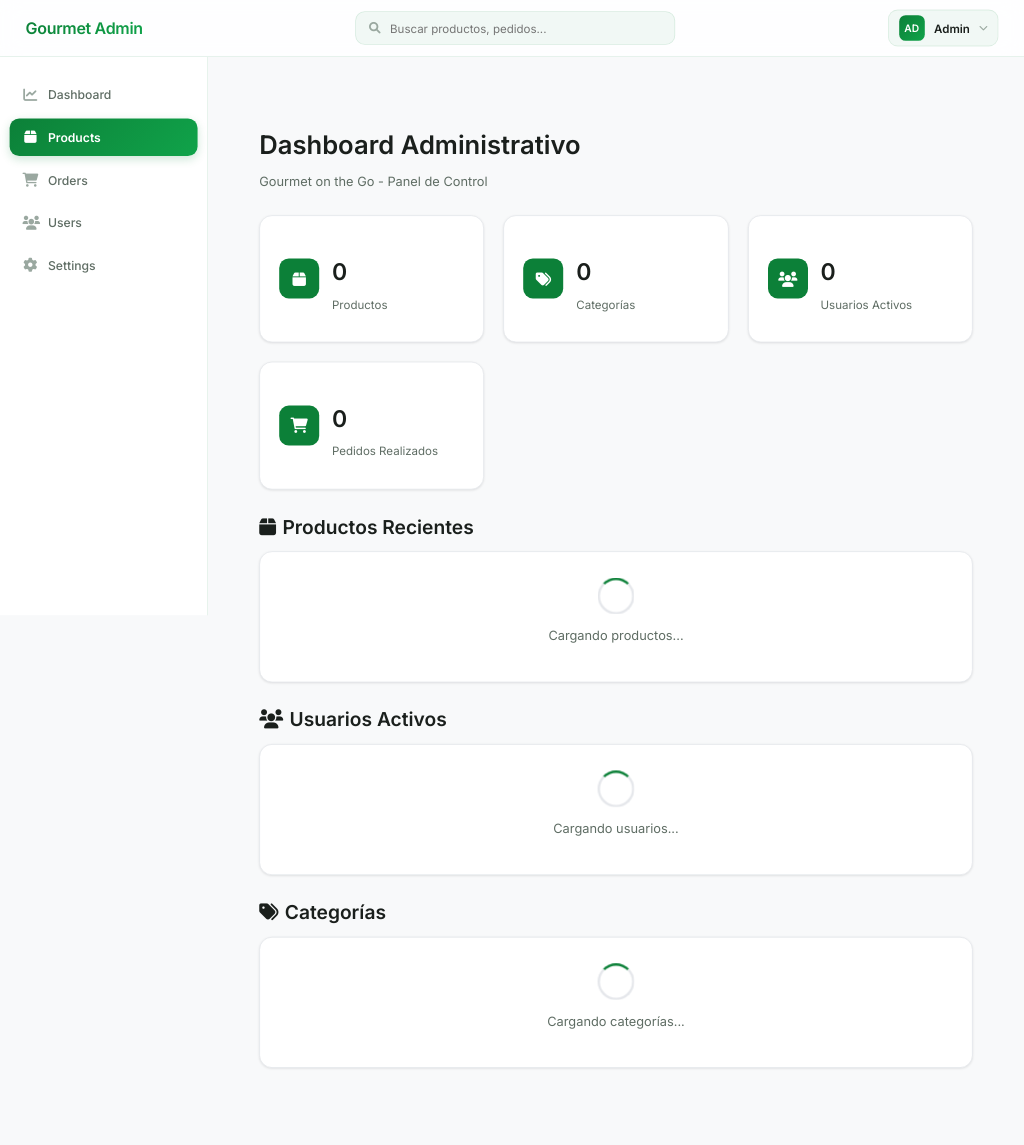
Repository: Kevingedev/Gourmet-on-the-Go
Page: admin/app/dashboard/index.html
The author's editor kept a copy of each file at every save. The page is drawn from the files as they stood at one save, then again after the next save.
The browser window is 1280 px wide. The pictures show the whole page, at 80% of full size.

Above is the page before, as saved 2026-01-14 09:57:03.

### admin/app/dashboard/index.html
<!DOCTYPE html>
<html lang="en">

<head>
    <meta charset="UTF-8">
    <meta name="viewport" content="width=device-width, initial-scale=1.0">
    <title>Admin | Dashboard</title>
    <!-- Fonts and Icons -->
    <link href="https://fonts.googleapis.com/css2?family=Inter:wght@400;500;600&display=swap" rel="stylesheet">
    <link rel="stylesheet" href="https://cdnjs.cloudflare.com/ajax/libs/font-awesome/6.0.0/css/all.min.css">
    <!-- Assets -->
    <link rel="stylesheet" href="../../assets/header.css">
    <link rel="stylesheet" href="../../assets/sidebar.css">
    <style>
        body {
            background: #f8f9fa;
            margin: 0;
            padding: 0;
            font-family: 'Inter', sans-serif;
        }

        .dashboard-section {
            padding: 2rem;
            background: transparent;
        }

        .dashboard-section h1 {
            color: #1a1f1c;
            font-size: 2rem;
            font-weight: 600;
            margin-bottom: 0.5rem;
        }

        .dashboard-subtitle {
            color: #5f6d64;
            font-size: 1rem;
            margin-bottom: 2rem;
        }

        /* Stats Grid */
        .stats-grid {
            display: grid;
            grid-template-columns: repeat(auto-fit, minmax(250px, 1fr));
            gap: 1.5rem;
            margin-bottom: 2rem;
        }

        .stat-card {
            background: white;
            border: 1px solid #e5e7eb;
            border-radius: 1rem;
            padding: 1.5rem;
            transition: all 0.3s ease;
            box-shadow: 0 1px 3px rgba(0, 0, 0, 0.1);
        }

        .stat-card:hover {
            box-shadow: 0 4px 12px rgba(0, 0, 0, 0.15);
            transform: translateY(-2px);
        }

        .stat-body {
            display: flex;
            align-items: center;
            gap: 1rem;
        }

        .stat-icon {
            width: 50px;
            height: 50px;
            background: #0c8038;
            border-radius: 0.75rem;
            display: flex;
            align-items: center;
            justify-content: center;
            color: white;
            font-size: 1.2rem;
        }

        .stat-content h3 {
            color: #1a1f1c;
            font-size: 1.8rem;
            font-weight: 700;
            margin-bottom: 0.25rem;
        }

        .stat-content p {
            color: #5f6d64;
            font-size: 0.9rem;
        }

        /* Data Lists */
        .data-section {
            margin-bottom: 2rem;
        }

        .data-section h2 {
            color: #1a1f1c;
            font-size: 1.5rem;
            font-weight: 600;
            margin-bottom: 1rem;
            display: flex;
            align-items: center;
            gap: 0.5rem;
        }

        .data-list {
            background: white;
            border: 1px solid #e5e7eb;
            border-radius: 1rem;
            overflow: hidden;
            box-shadow: 0 1px 3px rgba(0, 0, 0, 0.1);
        }

        .data-item {
            background: white;
            border-bottom: 1px solid #e5e7eb;
            padding: 1rem 1.5rem;
            color: #1a1f1c;
            display: flex;
            justify-content: space-between;
            align-items: center;
            transition: all 0.3s ease;
        }

        .data-item:hover {
            background: #f8f9fa;
        }

        .data-item:last-child {
            border-bottom: none;
        }

        .data-item-info h3 {
            font-size: 1rem;
            font-weight: 600;
            margin-bottom: 0.25rem;
            color: #1a1f1c;
        }

        .data-item-info p {
            font-size: 0.85rem;
            color: #5f6d64;
        }

        .data-item-actions {
            display: flex;
            gap: 0.5rem;
        }

        .btn-action {
            background: #f8f9fa;
            border: 1px solid #e5e7eb;
            color: #1a1f1c;
            padding: 0.4rem 0.8rem;
            border-radius: 0.4rem;
            font-size: 0.8rem;
            cursor: pointer;
            transition: all 0.3s ease;
        }

        .btn-action:hover {
            background: #e5e7eb;
        }

        .btn-action.edit {
            background: #eff6ff;
            border-color: #3b82f6;
            color: #3b82f6;
        }

        .btn-action.edit:hover {
            background: #dbeafe;
        }

        .btn-action.delete {
            background: #fef2f2;
            border-color: #ef4444;
            color: #ef4444;
        }

        .btn-action.delete:hover {
            background: #fee2e2;
        }

        /* Loading and Error States */
        .loading {
            text-align: center;
            padding: 2rem;
            color: #5f6d64;
        }

        .spinner {
            width: 40px;
            height: 40px;
            border: 3px solid #e5e7eb;
            border-top: 3px solid #0c8038;
            border-radius: 50%;
            animation: spin 1s linear infinite;
            margin: 0 auto 1rem;
        }

        @keyframes spin {
            0% { transform: rotate(0deg); }
            100% { transform: rotate(360deg); }
        }

        .error {
            background: #fef2f2;
            border: 1px solid #fecaca;
            border-radius: 0.75rem;
            padding: 1.5rem;
            text-align: center;
            color: #dc2626;
        }

        .error.hidden {
            display: none;
        }

        .no-data {
            text-align: center;
            padding: 2rem;
            color: #5f6d64;
        }
    </style>
</head>

<body>
    <header id="header"></header>
    <aside id="sidebar"></aside>
    <main id="main">
        <section class="dashboard-section">
            <h1>Dashboard Administrativo</h1>
            <p class="dashboard-subtitle">Gourmet on the Go - Panel de Control</p>

            <div class="stats-grid">
                <!-- Products Card -->
                <div class="stat-card products">
                    <div class="stat-body">
                        <div class="stat-icon">
                            <i class="fas fa-box"></i>
                        </div>
                        <div class="stat-content">
                            <h3 id="products-count">0</h3>
                            <p>Productos</p>
                        </div>
                    </div>
                </div>

                <!-- Categories Card -->
                <div class="stat-card categories">
                    <div class="stat-body">
                        <div class="stat-icon">
                            <i class="fas fa-tags"></i>
                        </div>
                        <div class="stat-content">
                            <h3 id="categories-count">0</h3>
                            <p>Categorías</p>
                        </div>
                    </div>
                </div>

                <!-- Users Card -->
                <div class="stat-card users">
                    <div class="stat-body">
                        <div class="stat-icon">
                            <i class="fas fa-users"></i>
                        </div>
                        <div class="stat-content">
                            <h3 id="users-count">0</h3>
                            <p>Usuarios Activos</p>
                        </div>
                    </div>
                </div>

                <!-- Orders Card -->
                <div class="stat-card orders">
                    <div class="stat-body">
                        <div class="stat-icon">
                            <i class="fas fa-shopping-cart"></i>
                        </div>
                        <div class="stat-content">
                            <h3 id="orders-count">0</h3>
                            <p>Pedidos Realizados</p>
                        </div>
                    </div>
                </div>
            </div>

            <!-- Products List -->
            <div class="data-section">
                <h2><i class="fas fa-box"></i> Productos Recientes</h2>
                <div class="data-list" id="products-list">
                    <div class="loading">
                        <div class="spinner"></div>
                        <p>Cargando productos...</p>
                    </div>
                </div>
            </div>

            <!-- Users List -->
            <div class="data-section">
                <h2><i class="fas fa-users"></i> Usuarios Activos</h2>
                <div class="data-list" id="users-list">
                    <div class="loading">
                        <div class="spinner"></div>
                        <p>Cargando usuarios...</p>
                    </div>
                </div>
            </div>

            <!-- Categories List -->
            <div class="data-section">
                <h2><i class="fas fa-tags"></i> Categorías</h2>
                <div class="data-list" id="categories-list">
                    <div class="loading">
                        <div class="spinner"></div>
                        <p>Cargando categorías...</p>
                    </div>
                </div>
            </div>

            <!-- Error State -->
            <div id="error" class="error hidden">
                <i class="fas fa-exclamation-triangle"></i>
                <span>Error al cargar los datos. Por favor, verifica que el servidor esté corriendo.</span>
            </div>
        </section>
    </main>

    <!-- Components -->
    <script src="../../components/Header.js"></script>
    <script src="../../components/SideBar.js"></script>
    <script src="dashboard.js"></script>
</body>

</html>

### admin/assets/header.css
/* admin/assets/header.css */

/* Variables - Inspiradas en admin-two para un look premium */
:root {
    --admin-primary: #0c8038;
    --admin-primary-light: #10a34a;
    --admin-primary-50: rgba(12, 128, 56, 0.05);
    --admin-primary-100: rgba(12, 128, 56, 0.1);
    --admin-surface: #ffffff;
    --admin-text: #1a1f1c;
    --admin-text-secondary: #5f6d64;
    --admin-text-muted: #9aa8a0;
    --admin-border: rgba(12, 128, 56, 0.12);
    --header-height: 70px;
    --header-bg: rgba(255, 255, 255, 0.85);
    --admin-radius-md: 0.5rem;
    --admin-radius-lg: 0.75rem;
    --admin-shadow-sm: 0 2px 4px rgba(12, 128, 56, 0.06);
    --admin-shadow-md: 0 4px 12px rgba(12, 128, 56, 0.08);
}

header {
    background: var(--header-bg);
    backdrop-filter: blur(12px);
    -webkit-backdrop-filter: blur(12px);
    height: var(--header-height);
    display: flex;
    align-items: center;
    justify-content: space-between;
    padding: 0 2rem;
    color: var(--admin-text);
    border-bottom: 1px solid var(--admin-border);
    position: sticky;
    top: 0;
    z-index: 1000;
    transition: all 0.3s ease;
}

.header-logo {
    display: flex;
    align-items: center;
    gap: 0.75rem;
    font-size: 1.25rem;
    font-weight: 700;
    color: var(--admin-primary);
    transition: transform 0.3s ease;
    cursor: pointer;
}

.header-logo:hover {
    transform: translateY(-1px);
}

.header-logo i {
    font-size: 1.5rem;
    filter: drop-shadow(0 2px 4px rgba(12, 128, 56, 0.2));
}

.header-logo span {
    background: linear-gradient(135deg, var(--admin-primary) 0%, var(--admin-primary-light) 100%);
    -webkit-background-clip: text;
    background-clip: text;
    -webkit-text-fill-color: transparent;
    letter-spacing: -0.02em;
}

.header-nav {
    display: flex;
    gap: 1.5rem;
    align-items: center;
}

/* Search Bar Styles */
.header-search {
    flex: 1;
    max-width: 400px;
    margin: 0 2rem;
}

.search-wrapper {
    position: relative;
    display: flex;
    align-items: center;
    background: var(--admin-primary-50);
    border: 1px solid var(--admin-border);
    border-radius: var(--admin-radius-lg);
    padding: 0 1rem;
    transition: all 0.3s ease;
}

.search-wrapper:focus-within {
    background: var(--admin-surface);
    border-color: var(--admin-primary);
    box-shadow: var(--admin-shadow-sm);
}

.search-wrapper i {
    color: var(--admin-text-muted);
    font-size: 0.9rem;
    margin-right: 0.75rem;
}

.search-wrapper input {
    border: none;
    background: transparent;
    padding: 0.7rem 0;
    width: 100%;
    outline: none;
    font-size: 0.9rem;
    color: var(--admin-text);
    font-family: inherit;
}

/* User Dropdown Styles */
.user-dropdown {
    position: relative;
}

.user-profile {
    display: flex;
    align-items: center;
    gap: 0.75rem;
    padding: 0.4rem 0.8rem;
    background: var(--admin-primary-50);
    border: 1px solid var(--admin-primary-100);
    border-radius: var(--admin-radius-lg);
    cursor: pointer;
    transition: all 0.3s ease;
}

.user-profile:hover {
    background: var(--admin-primary-100);
}

.user-profile i {
    font-size: 0.7rem;
    color: var(--admin-text-muted);
    transition: transform 0.3s ease;
}

.user-avatar {
    width: 32px;
    height: 32px;
    background: linear-gradient(135deg, var(--admin-primary) 0%, var(--admin-primary-light) 100%);
    border-radius: 8px;
    display: flex;
    align-items: center;
    justify-content: center;
    color: white;
    font-weight: 700;
    font-size: 0.8rem;
}

.user-name {
    font-size: 0.9rem;
    font-weight: 600;
    color: var(--admin-text);
}

/* Dropdown Menu */
.dropdown-menu {
    position: absolute;
    top: calc(100% + 10px);
    right: 0;
    width: 200px;
    background: var(--admin-surface);
    border: 1px solid var(--admin-border);
    border-radius: var(--admin-radius-lg);
    box-shadow: var(--admin-shadow-md);
    padding: 0.5rem;
    opacity: 0;
    visibility: hidden;
    transform: translateY(10px);
    transition: all 0.3s cubic-bezier(0.4, 0, 0.2, 1);
    z-index: 1001;
}

.dropdown-menu.show {
    opacity: 1;
    visibility: visible;
    transform: translateY(0);
}

.dropdown-menu a {
    display: flex;
    align-items: center;
    gap: 0.75rem;
    padding: 0.75rem 1rem;
    text-decoration: none;
    color: var(--admin-text-secondary);
    font-size: 0.9rem;
    border-radius: var(--admin-radius-md);
    transition: all 0.2s ease;
}

.dropdown-menu a:hover {
    background: var(--admin-primary-50);
    color: var(--admin-primary);
    transform: translateX(4px);
}

.dropdown-menu hr {
    border: 0;
    border-top: 1px solid var(--admin-border);
    margin: 0.5rem 0;
    opacity: 0.5;
}

.dropdown-menu a.logout-link:hover {
    background: #fff5f5;
    color: #e53e3e;
}

/* Responsive adjustments */
@media (max-width: 768px) {
    .header-search {
        display: none;
        /* Hide search on medium screens, can be revealed via icon */
    }

    .user-name {
        display: none;
    }
}

/* Responsive fixes */
@media (max-width: 1024px) {
    header {
        padding: 0 1.5rem;
    }
}

@media (max-width: 768px) {
    header {
        padding: 0 1rem;
    }

    .header-logo span {
        display: none;
    }

    .user-name {
        display: none;
    }

    .user-profile {
        padding: 0.4rem;
    }
}

@media (max-width: 480px) {
    .logout-btn {
        padding: 0.5rem 1rem;
        font-size: 0.8rem;
    }
}

### admin/assets/sidebar.css
/* admin/assets/sidebar.css */

:root {
    --sidebar-width: 260px;
    --admin-primary: #0c8038;
    --admin-primary-light: #10a34a;
    --admin-primary-50: rgba(12, 128, 56, 0.05);
    --admin-primary-100: rgba(12, 128, 56, 0.1);
    --admin-surface: #ffffff;
    --admin-text: #1a1f1c;
    --admin-text-secondary: #5f6d64;
    --admin-text-muted: #9aa8a0;
    --admin-border: rgba(12, 128, 56, 0.12);
    --admin-radius-lg: 0.75rem;
    --header-height: 70px;
}

/* Layout Setup */
body {
    display: grid;
    grid-template-areas:
        "header header"
        "sidebar main";
    grid-template-columns: var(--sidebar-width) 1fr;
    grid-template-rows: auto 1fr;
    min-height: 100vh;
    margin: 0;
    background-color: #f8f9fa;
    font-family: 'Inter', sans-serif;
}

#header {
    grid-area: header;
}

aside {
    grid-area: sidebar;
    background-color: var(--admin-surface);
    border-right: 1px solid var(--admin-border);
    padding: 1.5rem 0.75rem;
    height: calc(100vh - var(--header-height));
    position: sticky;
    top: var(--header-height);
    z-index: 900;
}

#main {
    grid-area: main;
    padding: 2rem;
    overflow-y: auto;
}

.sidebar-menu {
    list-style: none;
    padding: 0;
    margin: 0;
    display: flex;
    flex-direction: column;
    gap: 0.4rem;
}

.sidebar-menu a {
    text-decoration: none;
    color: var(--admin-text-secondary);
    display: flex;
    align-items: center;
    padding: 0.875rem 1rem;
    border-radius: var(--admin-radius-lg);
    font-weight: 500;
    font-size: 0.95rem;
    transition: all 0.3s ease;
    position: relative;
}

.sidebar-menu a::before {
    content: '';
    position: absolute;
    inset: 0;
    background: var(--admin-primary-50);
    border-radius: inherit;
    opacity: 0;
    transition: opacity 0.2s ease;
}

.sidebar-menu a:hover::before {
    opacity: 1;
}

.sidebar-menu a:hover {
    color: var(--admin-primary);
    transform: translateX(4px);
}

.sidebar-menu a.active {
    background: linear-gradient(135deg, var(--admin-primary) 0%, var(--admin-primary-light) 100%);
    color: #ffffff;
    font-weight: 600;
    box-shadow: 0 4px 12px rgba(12, 128, 56, 0.2);
}

.sidebar-menu i {
    margin-right: 12px;
    font-size: 1.1rem;
    color: var(--admin-text-muted);
    width: 20px;
    text-align: center;
}

.sidebar-menu a.active i {
    color: #ffffff;
}

/* --- Full Responsive --- */
@media (max-width: 1024px) {
    :root {
        --sidebar-width: 220px;
    }
}

@media (max-width: 768px) {
    body {
        grid-template-areas:
            "header"
            "main"
            "sidebar";
        grid-template-columns: 1fr;
        grid-template-rows: auto 1fr auto;
    }

    aside {
        position: fixed;
        bottom: 0;
        left: 0;
        top: auto;
        width: 100%;
        height: 70px;
        padding: 0.5rem;
        border-right: none;
        border-top: 1px solid var(--admin-border);
        box-shadow: 0 -4px 15px rgba(0, 0, 0, 0.05);
        display: flex;
        align-items: center;
        justify-content: center;
    }

    .sidebar-menu {
        flex-direction: row;
        gap: 0.5rem;
        width: 100%;
        max-width: 500px;
        justify-content: space-around;
        padding-bottom: env(safe-area-inset-bottom);
    }

    .sidebar-menu a {
        flex-direction: column;
        padding: 0.5rem;
        font-size: 0.75rem;
        gap: 4px;
        text-align: center;
    }

    .sidebar-menu a:hover {
        transform: none;
    }

    .sidebar-menu i {
        margin-right: 0;
        font-size: 1.2rem;
    }

    #main {
        padding: 1.5rem;
        margin-bottom: 70px;
        /* Space for the bottom sidebar */
    }
}

@media (max-width: 480px) {
    .sidebar-menu a span {
        display: none;
        /* Icon icons only on very small screens */
    }

    .sidebar-menu a {
        padding: 0.8rem;
    }

    .sidebar-menu i {
        font-size: 1.4rem;
    }
}

### admin/components/SideBar.js
/* admin/components/SideBar.js */
const Sidebar = {
    menuItems: [
        { label: 'Dashboard', icon: 'fas fa-chart-line', link: '../dashboard/index.html' },
        { label: 'Products', icon: 'fas fa-box', link: '../products/index.html', active: true },
        { label: 'Orders', icon: 'fas fa-shopping-cart', link: '../orders/index.html' },
        { label: 'Users', icon: 'fas fa-users', link: '../users/index.html' },
        { label: 'Settings', icon: 'fas fa-cog', link: '#settings' }
    ],

    init: function () {
        this.render();
    },

    render: function () {
        const sidebarElement = document.getElementById('sidebar');
        if (!sidebarElement) return;

        const navItemsHTML = this.menuItems.map(item => `
            <li>
                <a href="${item.link}" class="${item.active ? 'active' : ''}">
                    <i class="${item.icon}"></i>
                    <span>${item.label}</span>
                </a>
            </li>
        `).join('');

        sidebarElement.innerHTML = `
            <ul class="sidebar-menu">
                ${navItemsHTML}
            </ul>
        `;
    }
};

document.addEventListener('DOMContentLoaded', () => Sidebar.init());

Loaded but not shown: admin/app/dashboard/dashboard.js (397 lines, source omitted); admin/components/Header.js (67 lines, source omitted)

After the next save:
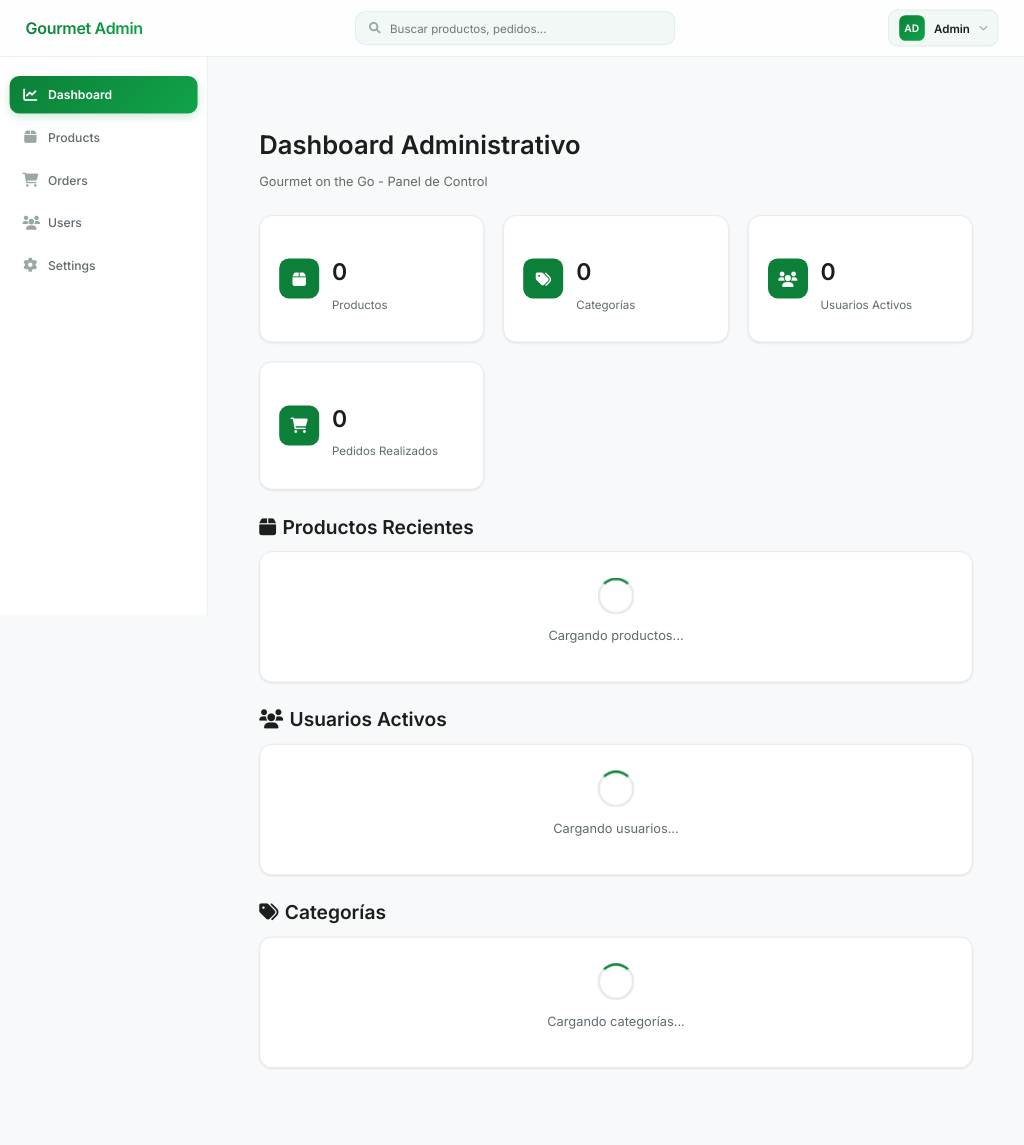
Saved 32 s later.
--- a/admin/components/SideBar.js
+++ b/admin/components/SideBar.js
@@ -2,11 +2,22 @@
 const Sidebar = {
     menuItems: [
         { label: 'Dashboard', icon: 'fas fa-chart-line', link: '../dashboard/index.html' },
-        { label: 'Products', icon: 'fas fa-box', link: '../products/index.html', active: true },
+        { label: 'Products', icon: 'fas fa-box', link: '../products/index.html' },
         { label: 'Orders', icon: 'fas fa-shopping-cart', link: '../orders/index.html' },
         { label: 'Users', icon: 'fas fa-users', link: '../users/index.html' },
         { label: 'Settings', icon: 'fas fa-cog', link: '#settings' }
     ],
+
+    getCurrentPage: function() {
+        const currentPath = window.location.pathname;
+
+        if (currentPath.includes('/dashboard/')) return 'dashboard';
+        if (currentPath.includes('/products/')) return 'products';
+        if (currentPath.includes('/orders/')) return 'orders';
+        if (currentPath.includes('/users/')) return 'users';
+
+        return 'dashboard'; // default
+    },
 
     init: function () {
         this.render();
@@ -16,14 +27,26 @@ const Sidebar = {
         const sidebarElement = document.getElementById('sidebar');
         if (!sidebarElement) return;
 
-        const navItemsHTML = this.menuItems.map(item => `
+        const currentPage = this.getCurrentPage();
+
+        const navItemsHTML = this.menuItems.map(item => {
+            // Determine if this item should be active
+            let isActive = false;
+
+            if (item.link.includes('/dashboard/') && currentPage === 'dashboard') isActive = true;
+            else if (item.link.includes('/products/') && currentPage === 'products') isActive = true;
+            else if (item.link.includes('/orders/') && currentPage === 'orders') isActive = true;
+            else if (item.link.includes('/users/') && currentPage === 'users') isActive = true;
+
+            return `
             <li>
-                <a href="${item.link}" class="${item.active ? 'active' : ''}">
+                <a href="${item.link}" class="${isActive ? 'active' : ''}">
                     <i class="${item.icon}"></i>
                     <span>${item.label}</span>
                 </a>
             </li>
-        `).join('');
+        `;
+        }).join('');
 
         sidebarElement.innerHTML = `
             <ul class="sidebar-menu">
